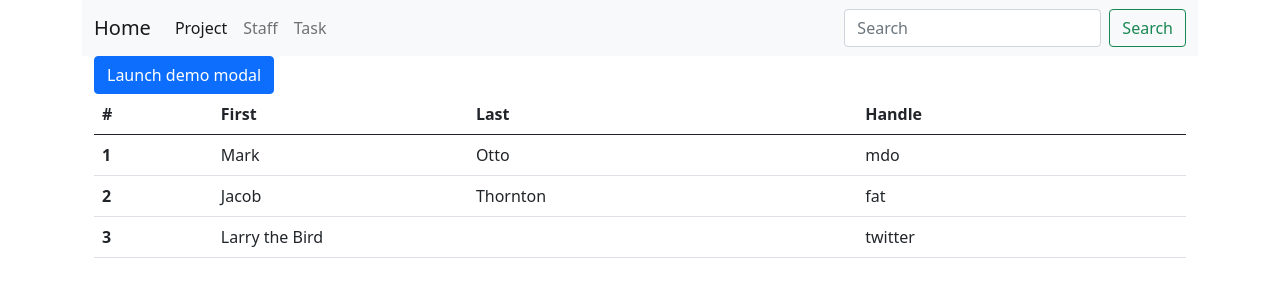
Repository: bro-gitcode/angularProject
Page: /task (app in client/)
These files come from the project's save history. The page is drawn as it stood at one moment and after a run of saves; the edit follows.
The browser window is 1280 px wide. The pictures show the whole page.
The project was rebuilt for these pictures with package versions that can differ from the ones it lists, and the page was loaded fresh each time. Also part of the build but not shown: client/angular.json, client/src/app/home/home.component.ts, client/src/app/list-project/list-project.component.ts, client/src/app/list-staff/list-staff.component.ts, client/src/app/edit-project/edit-project.component.ts, client/src/app/edit-staff/edit-staff.component.ts, client/src/app/edit-task/edit-task.component.ts, client/src/app/not-found/not-found.component.ts.

Above is the page before, as saved 2024-06-16 19:46:31.

### client/src/index.html
<!doctype html>
<html lang="en">
<head>
  <meta charset="utf-8">
  <title>Client</title>
  <base href="/">
  <meta name="viewport" content="width=device-width, initial-scale=1">
  <link rel="icon" type="image/x-icon" href="favicon.ico">
  <link href="https://cdn.jsdelivr.net/npm/bootstrap@5.0.2/dist/css/bootstrap.min.css" rel="stylesheet" integrity="sha384-EVSTQN3/azprG1Anm3QDgpJLIm9Nao0Yz1ztcQTwFspd3yD65VohhpuuCOmLASjC" crossorigin="anonymous">
</head>
<body>
  <div class="container">
    <app-root></app-root>
  </div>
<script src="https://cdn.jsdelivr.net/npm/bootstrap@5.0.2/dist/js/bootstrap.bundle.min.js" integrity="sha384-MrcW6ZMFYlzcLA8Nl+NtUVF0sA7MsXsP1UyJoMp4YLEuNSfAP+JcXn/tWtIaxVXM" crossorigin="anonymous"></script>
</body>
</html>

### client/src/app/app.component.ts
import { Component } from '@angular/core';
import { RouterLink, RouterModule, RouterOutlet } from '@angular/router';

@Component({
  selector: 'app-root',
  standalone: true,
  imports: [RouterOutlet,RouterLink,RouterModule],
  templateUrl: './app.component.html',
  styleUrl: './app.component.css'
})
export class AppComponent {
  title = 'client';
}

### client/src/app/app.routes.ts
import { Routes } from '@angular/router';
import { HomeComponent } from './home/home.component';
import { ListProjectComponent } from './list-project/list-project.component';
import { ListStaffComponent } from './list-staff/list-staff.component';
import { ListTaskComponent } from './list-task/list-task.component';
import { EditProjectComponent } from './edit-project/edit-project.component';
import { EditStaffComponent } from './edit-staff/edit-staff.component';
import { EditTaskComponent } from './edit-task/edit-task.component';
import { NotFoundComponent } from './not-found/not-found.component';

export const routes: Routes = [
    {path:'',component: HomeComponent},
    {path:'project',component:ListProjectComponent},
    {path:'staff',component:ListStaffComponent},
    {path:'task',component:ListTaskComponent},
    {path:'project/edit/:id',component:EditProjectComponent},
    {path:'staff/edit/:id',component:EditStaffComponent},
    {path:'task/edit/:id',component:EditTaskComponent},
    {path:'**',component:NotFoundComponent},

];

### client/src/app/app.component.html
<nav class="navbar navbar-expand-lg navbar-light bg-light">
  <div class="container-fluid">
    <a class="navbar-brand" href="#" routerLink="/">Home</a>
    <button class="navbar-toggler" type="button" data-bs-toggle="collapse" data-bs-target="#navbarSupportedContent" aria-controls="navbarSupportedContent" aria-expanded="false" aria-label="Toggle navigation">
      <span class="navbar-toggler-icon"></span>
    </button>
    <div class="collapse navbar-collapse" id="navbarSupportedContent">
      <ul class="navbar-nav me-auto mb-2 mb-lg-0">
        <li class="nav-item">
          <a class="nav-link active" aria-current="page" href="#" routerLink="project">Project</a>
        </li>
        <li class="nav-item">
          <a class="nav-link" href="#" routerLink="staff">Staff</a>
        </li>
        <li class="nav-item">
          <a class="nav-link" href="#" routerLink="task">Task</a>
        </li>
        <!-- <li class="nav-item dropdown">
          <a class="nav-link dropdown-toggle" href="#" id="navbarDropdown" role="button" data-bs-toggle="dropdown" aria-expanded="false">
            Dropdown
          </a>
          <ul class="dropdown-menu" aria-labelledby="navbarDropdown">
            <li><a class="dropdown-item" href="#">Action</a></li>
            <li><a class="dropdown-item" href="#">Another action</a></li>
            <li><hr class="dropdown-divider"></li>
            <li><a class="dropdown-item" href="#">Something else here</a></li>
          </ul>
        </li> -->
        <!-- <li class="nav-item">
          <a class="nav-link disabled" href="#" tabindex="-1" aria-disabled="true">Disabled</a>
        </li> -->
      </ul>
      <form class="d-flex">
        <input class="form-control me-2" type="search" placeholder="Search" aria-label="Search">
        <button class="btn btn-outline-success" type="submit">Search</button>
      </form>
    </div>
  </div>
</nav>

<main class="container">
  <router-outlet></router-outlet>
</main>

### client/src/app/list-task/list-task.component.ts
import { Component } from '@angular/core';

@Component({
  selector: 'app-list-task',
  standalone: true,
  imports: [],
  templateUrl: './list-task.component.html',
  styleUrl: './list-task.component.css'
})
export class ListTaskComponent {

}

### client/src/app/list-task/list-task.component.html
<!-- Button trigger modal -->
<button type="button" class="btn btn-primary" data-bs-toggle="modal" data-bs-target="#exampleModal">
    Launch demo modal
  </button>

  <!-- Modal -->
  <div class="modal fade" id="exampleModal" tabindex="-1" aria-labelledby="exampleModalLabel" aria-hidden="true">
    <div class="modal-dialog">
      <div class="modal-content">
        <div class="modal-header">
          <h5 class="modal-title" id="exampleModalLabel">Modal title</h5>
          <button type="button" class="btn-close" data-bs-dismiss="modal" aria-label="Close"></button>
        </div>
        <div class="modal-body">
            <form>
                <div class="mb-3">
                  <label for="exampleInputEmail1" class="form-label">Email address</label>
                  <input type="email" class="form-control" id="exampleInputEmail1" aria-describedby="emailHelp">
                  <div id="emailHelp" class="form-text">We'll never share your email with anyone else.</div>
                </div>
                <div class="mb-3">
                  <label for="exampleInputPassword1" class="form-label">Password</label>
                  <input type="password" class="form-control" id="exampleInputPassword1">
                </div>
                <div class="mb-3 form-check">
                  <input type="checkbox" class="form-check-input" id="exampleCheck1">
                  <label class="form-check-label" for="exampleCheck1">Check me out</label>
                </div>
                <button type="submit" class="btn btn-primary">Submit</button>
              </form>
        </div>
        <div class="modal-footer">
          <button type="button" class="btn btn-secondary" data-bs-dismiss="modal">Close</button>
          <button type="button" class="btn btn-primary">Save changes</button>
        </div>
      </div>
    </div>
  </div>


  <!-- table  -->

  <table class="table">
    <thead>
      <tr>
        <th scope="col">#</th>
        <th scope="col">First</th>
        <th scope="col">Last</th>
        <th scope="col">Handle</th>
      </tr>
    </thead>
    <tbody>
      <tr>
        <th scope="row">1</th>
        <td>Mark</td>
        <td>Otto</td>
        <td>mdo</td>
      </tr>
      <tr>
        <th scope="row">2</th>
        <td>Jacob</td>
        <td>Thornton</td>
        <td>fat</td>
      </tr>
      <tr>
        <th scope="row">3</th>
        <td colspan="2">Larry the Bird</td>
        <td>twitter</td>
      </tr>
    </tbody>
  </table>

Loaded but not shown: client/src/styles.css (common file); client/src/main.ts (common file); client/src/app/app.config.ts (common file); client/src/app/app.component.css (no stored copy; drawn as an empty file); client/src/app/list-task/list-task.component.css (no stored copy; drawn as an empty file)

After the next 3 saves:
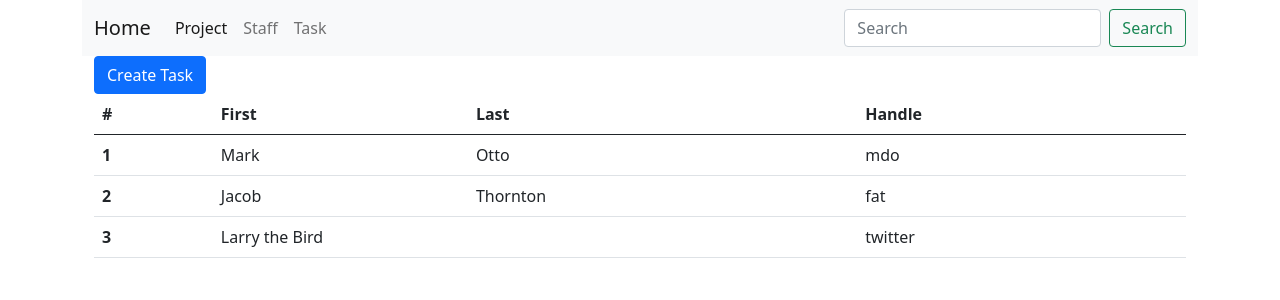
The 3 saves are shown as one change because they came seconds apart.
The last was saved 27 s later.
--- a/client/src/app/list-task/list-task.component.html
+++ b/client/src/app/list-task/list-task.component.html
@@ -1,6 +1,6 @@
 <!-- Button trigger modal -->
 <button type="button" class="btn btn-primary" data-bs-toggle="modal" data-bs-target="#exampleModal">
-    Launch demo modal
+    Create Task
   </button>
 
   <!-- Modal -->
